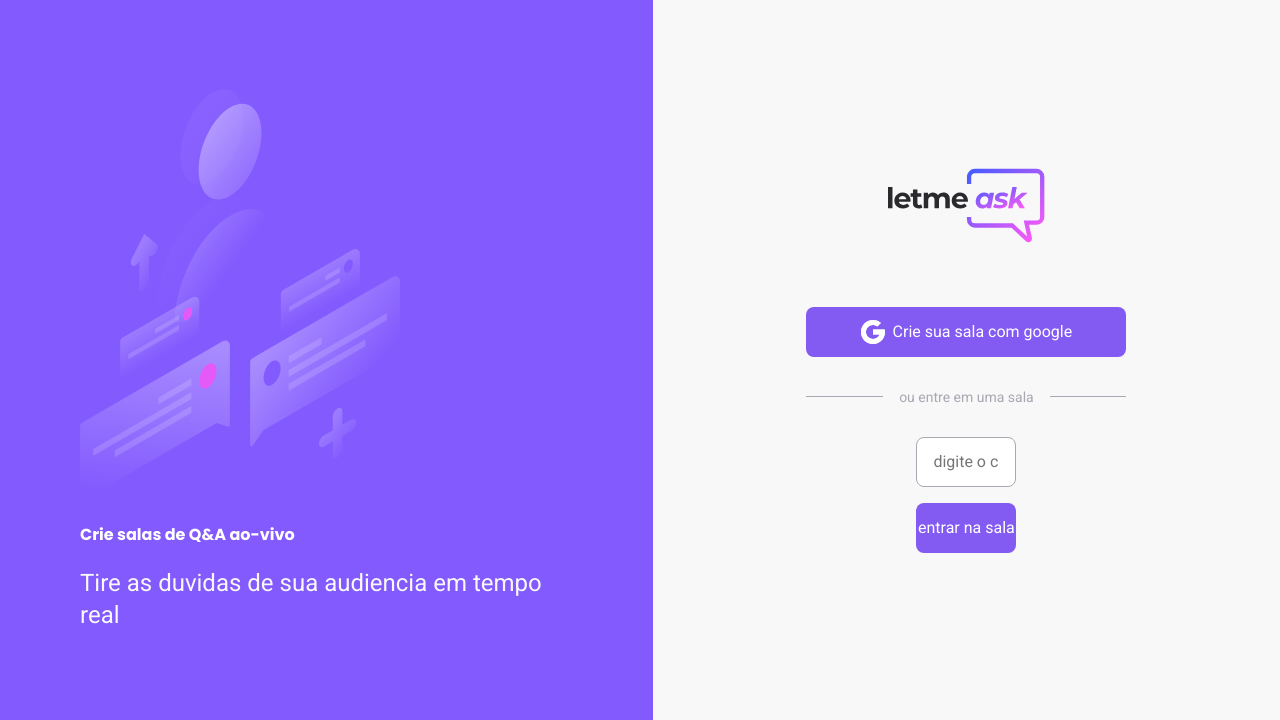
Repository: jhonattan-farias/letmeknow
Page: /
An editor plug-in stored every save of this project. The page is shown before and after a run of saves, followed by the edit.
The browser window is 1280 px wide. The pictures show the whole page.
The project was rebuilt for these pictures with package versions that can differ from the ones it lists, and the page was loaded fresh each time. Imported but missing from the stored project, and not drawn on this page: src/services/f.

Above is the page before, as saved 2021-06-21 23:27:09.

After the next 3 saves:
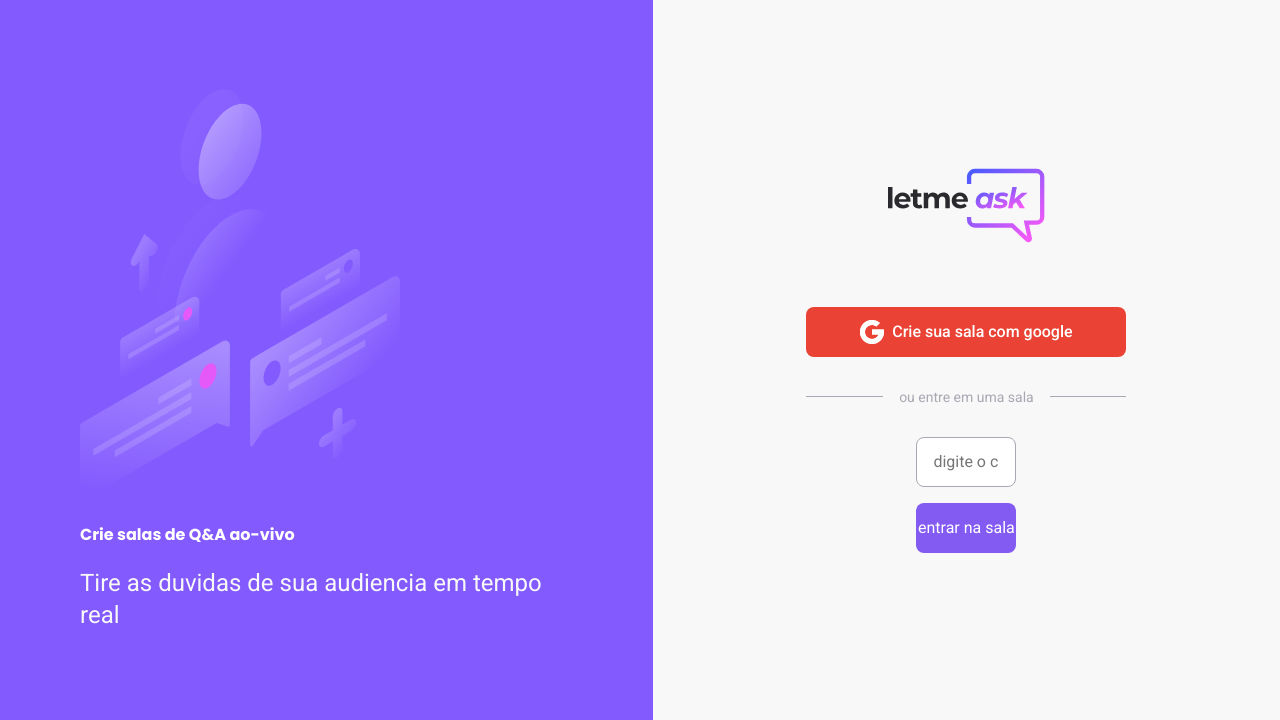
The 3 saves are shown as one change because they came seconds apart.
The last was saved 6 s later.
--- a/src/styles/auth.scss
+++ b/src/styles/auth.scss
@@ -78,6 +78,32 @@
         }
     }
 
+    .create-room{
+        margin-top:64px;
+        height:50px;
+        border-radius:8px;
+        font-weight: 500;
+        background:#ea4335;
+        color:#Fff;
+
+        display: flex;
+        justify-content: center;
+        align-items:center;
+
+        cursor:pointer;
+        border:0;
+
+        transition: filter .2s;
+
+        img{
+            margin-right: 8px;
+        }
+
+        &:hover{
+            filter:brightness(0.9)
+        }
+    }
+
     .separator{
         font-size:14px;
         color:#a8a8b3;
